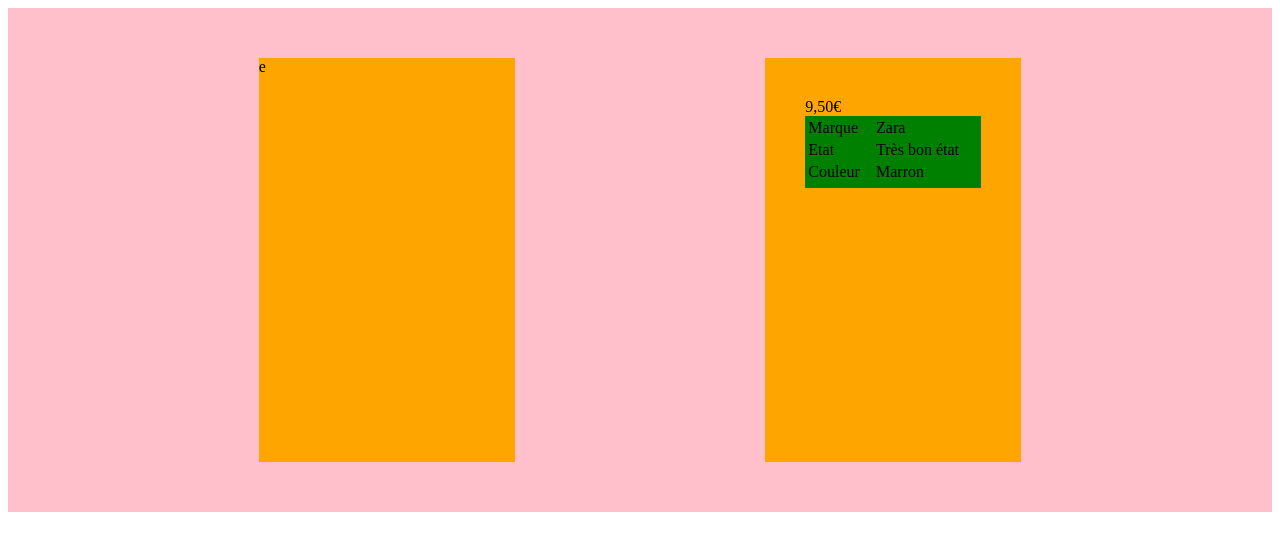
Repository: mel-in-a/vinted-front-clone
Page: html/offer.html
These files come from the project's save history. The page is drawn as it stood at one moment and after the next save; the edit follows.
The browser window is 1280 px wide. The pictures show the whole page.

Above is the page before, as saved 2021-07-29 16:29:19.

### html/offer.html
<!DOCTYPE html>
<html lang="en">
<head>
    <meta charset="UTF-8">
    <meta http-equiv="X-UA-Compatible" content="IE=edge">
    <meta name="viewport" content="width=device-width, initial-scale=1.0">
    <link rel="stylesheet" href="/offer.css">
    <title>Document</title>
</head>
<body>
    <div class="container-fluid">
        <div class="container-fluid">
            <div class="left">e</div>
            <div class="right">
                <div class="price">9,50€</div>
                <div class="horizontal">
                   <table>
                       <tr>
                           <td>Marque</td>
                           <td>Zara</td>
                       </tr>
                       <tr>
                        <td>Etat</td>
                        <td>Très bon état</td>
                    </tr>
                    <tr>
                        <td>Couleur</td>
                        <td>Marron</td>
                    </tr>
                    <tr>
                        <td></td>
                        <td></td>
                    </tr>
                   </table>
                </div>
            </div>
          </div>
    </div>
</body>
</html>

### html/offer.css
.container-fluid {
    width: 100%;
    display: flex;
    background-color:pink;
    height: 70vh;
    justify-content: space-evenly;
    align-items: center;

  }

  .left, .right {
    width: 20vw;
    background-color: orange;
    height: 80%;
  }

  .right {
      padding: 40px;
      box-sizing: border-box;
  }

  .horizontal {

      background-color:green

  }

  .horizontal table {
      width: 100%;
  }

After the next save:
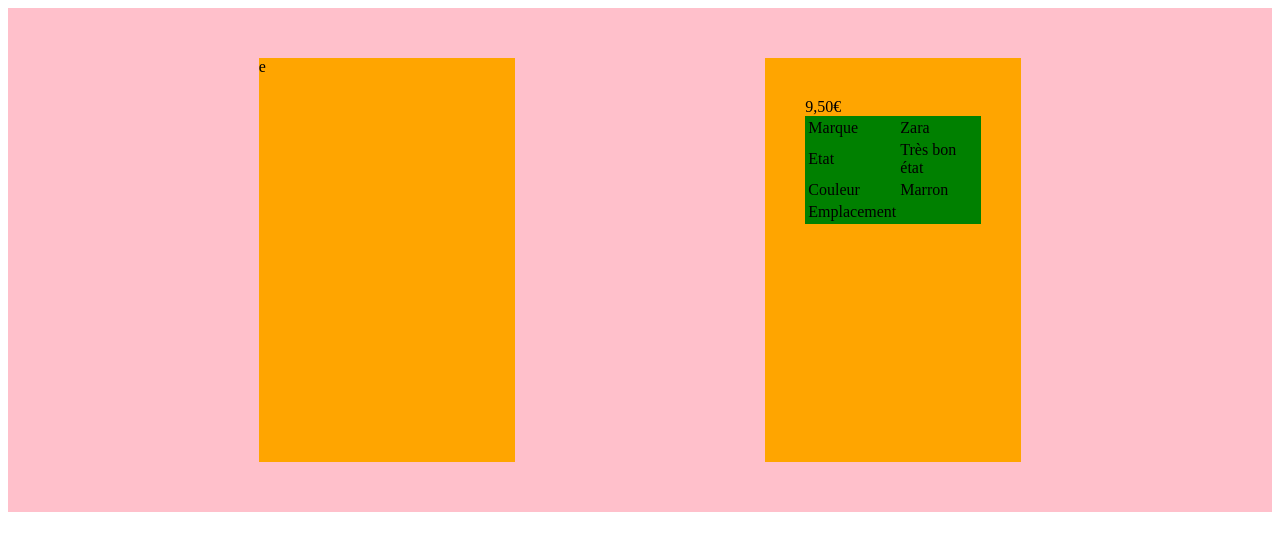
Saved 13 s later.
--- a/html/offer.html
+++ b/html/offer.html
@@ -28,7 +28,7 @@
                         <td>Marron</td>
                     </tr>
                     <tr>
-                        <td></td>
+                        <td>Emplacement</td>
                         <td></td>
                     </tr>
                    </table>
